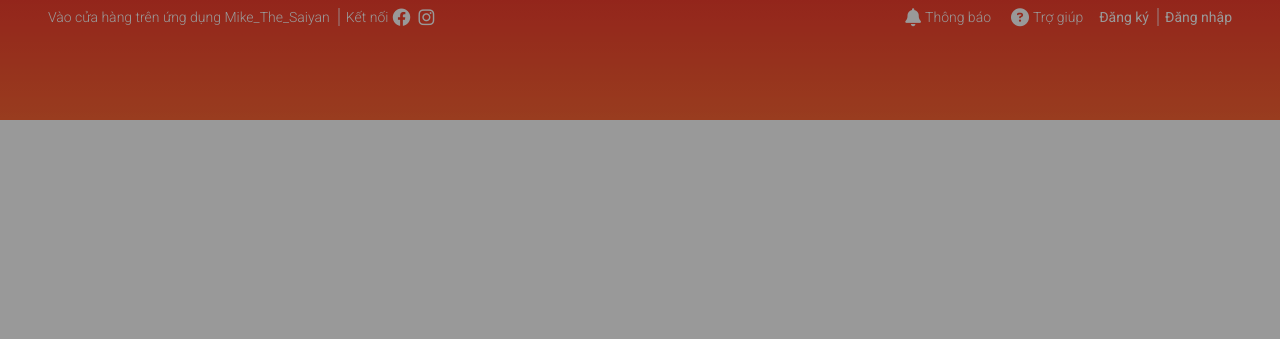
Repository: thefellowshiplotr/project_shopee
Page: index.html
An editor plug-in stored every save of this project. The page is shown before and after the next save, followed by the edit.
The browser window is 1280 px wide. The pictures show the whole page.

Above is the page before, as saved 2022-11-07 13:23:36.

After the next save:
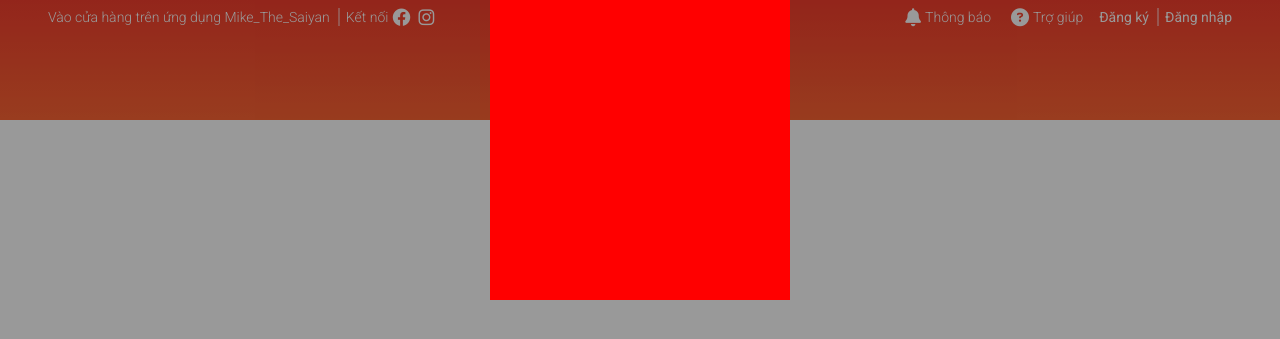
Saved 4 min 45 s later.
--- a/assets/css/base.css
+++ b/assets/css/base.css
@@ -56,3 +56,11 @@
   height: 100%;
   background-color: rgba(0, 0, 0, 0.4);
 }
+
+.modal__body {
+  width: 300px;
+  height: 300px;
+  background-color: red;
+  margin: auto;
+  position: relative;
+}
